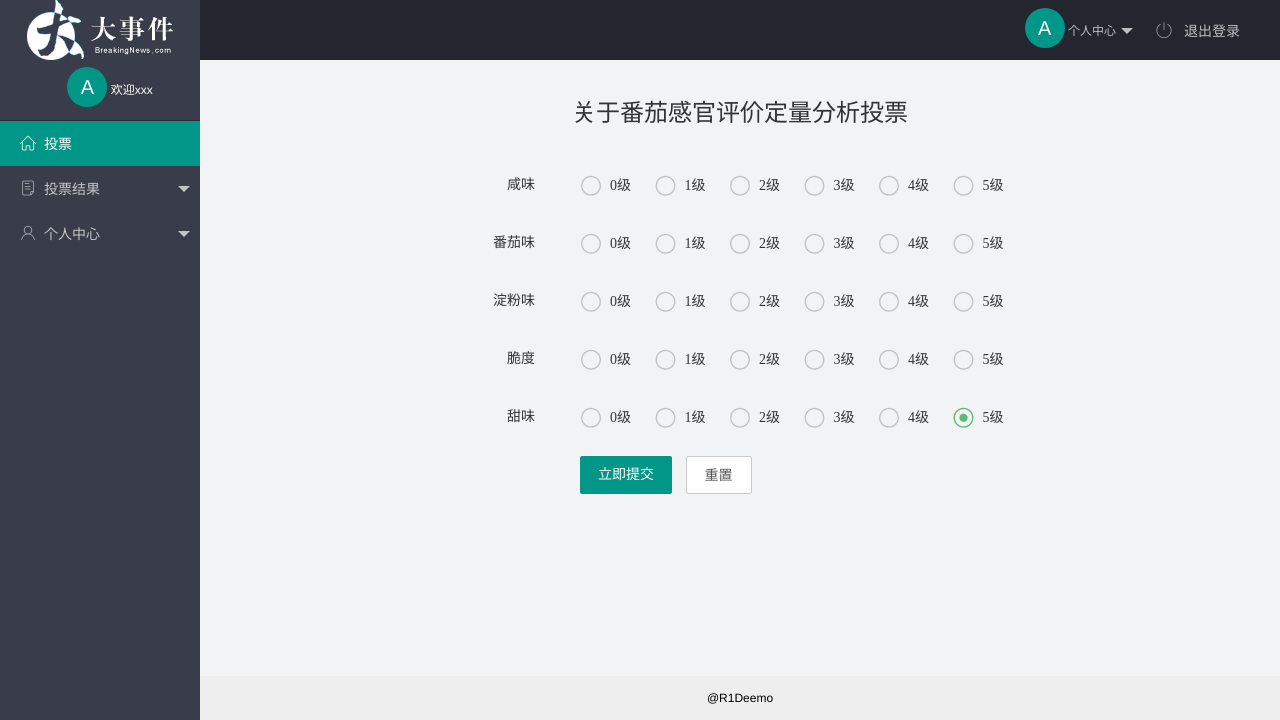
Repository: R1Deemo/vote_system
Page: web/index.html
The author's editor kept a copy of each file at every save. The page is drawn from the files as they stood at one save, then again after the next save.
The browser window is 1280 px wide. The pictures show the whole page.
The page's requests for data from a server got no answer.

Above is the page before, as saved 2022-11-07 09:39:41.
Console error: TypeError: Cannot read properties of undefined (reading 'status')

After the next save:
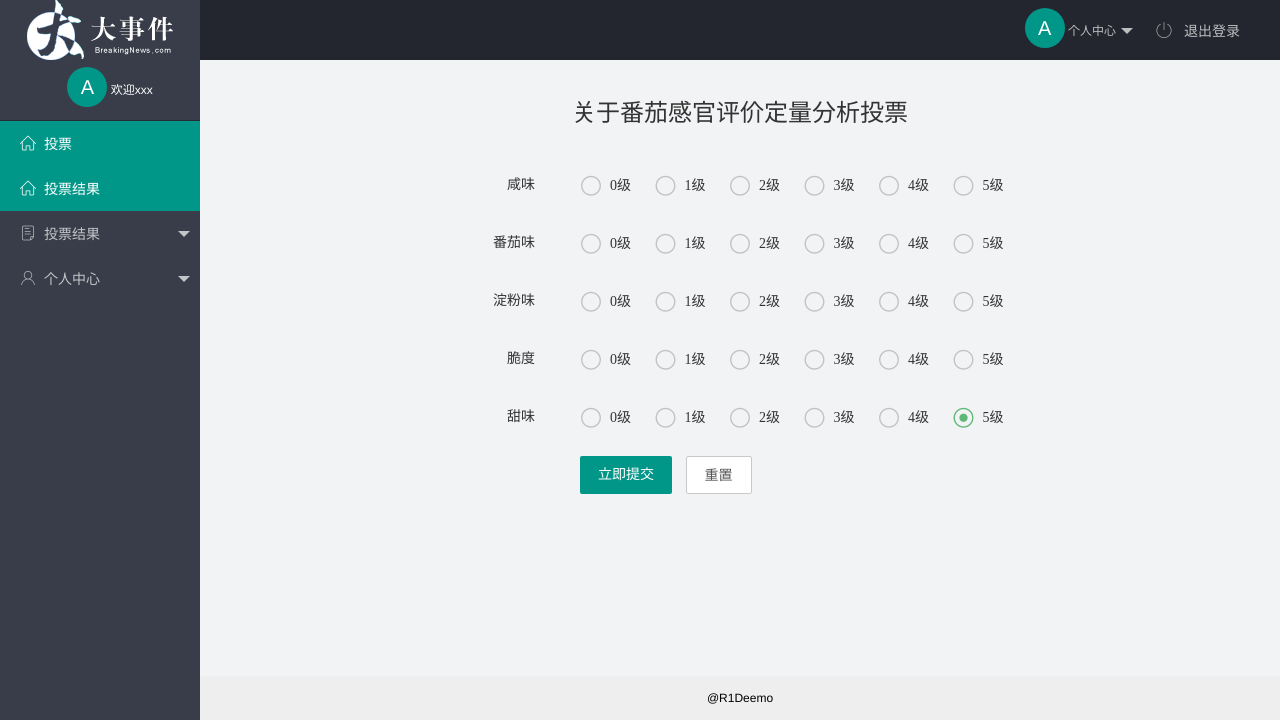
Saved 115 s later.
--- a/web/index.html
+++ b/web/index.html
@@ -63,6 +63,7 @@
                 <!-- 左侧导航区域（可配合layui已有的垂直导航） -->
                 <ul class="layui-nav layui-nav-tree" lay-shrink="all">
                     <li class="layui-nav-item layui-this"> <a href="/web/home/toupiao.html" target="fm"><span class="iconfont icon-home"></span>投票</a></li>
+                    <li class="layui-nav-item layui-this"> <a href="/web/home/results.html" target="fm"><span class="iconfont icon-home"></span>投票结果</a></li>
                     <li class="layui-nav-item">
                         <a class="" href="javascript:;" target="fm"> <span class="iconfont icon-16"></span>投票结果</a>
                         <dl class="layui-nav-child">
